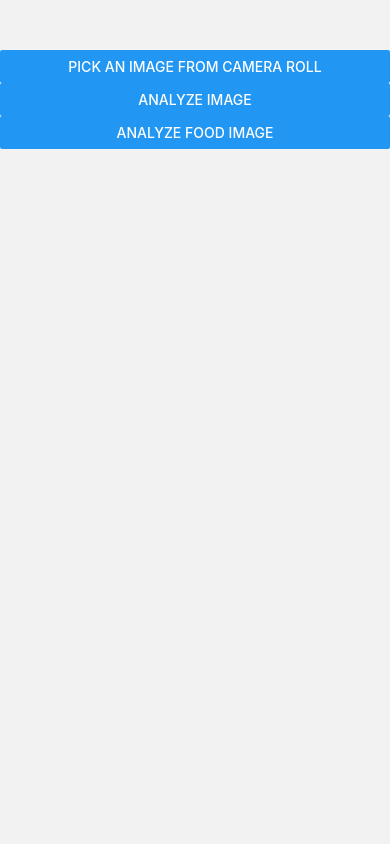
Repository: djdjdallas/taste-without-borders
Screen: /Home
The author's editor kept a copy of each file at every save. The screen is drawn from the files as they stood at one save, then again after the next save.
The app was drawn by React Native's web renderer in a window 390 px wide. The project was rebuilt for these pictures with package versions that can differ from the ones it lists, and the page was loaded fresh each time.

Above is the screen before, as saved 2023-12-26 19:57:14.

After the next save:
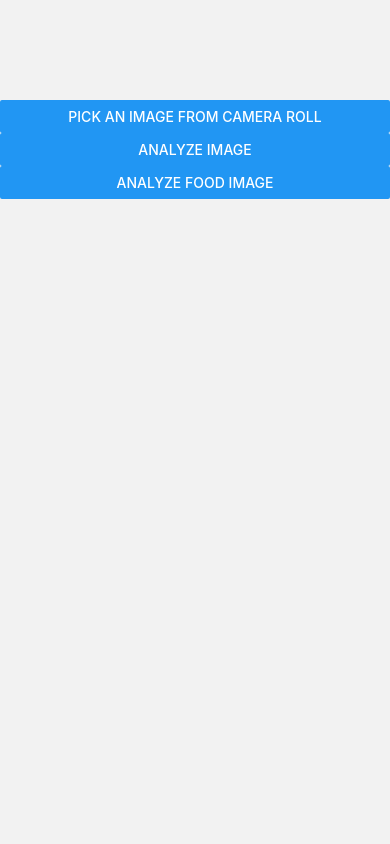
Saved 6 s later.
--- a/HomeScreen.js
+++ b/HomeScreen.js
@@ -153,7 +153,7 @@ const HomeScreen = () => {
   }, []);
 
   return (
-    <View style={{ marginTop: 50 }}>
+    <View style={{ marginTop: 100 }}>
       <Button title="Pick an image from camera roll" onPress={pickImage} />
       {selectedImage && (
         <Image
